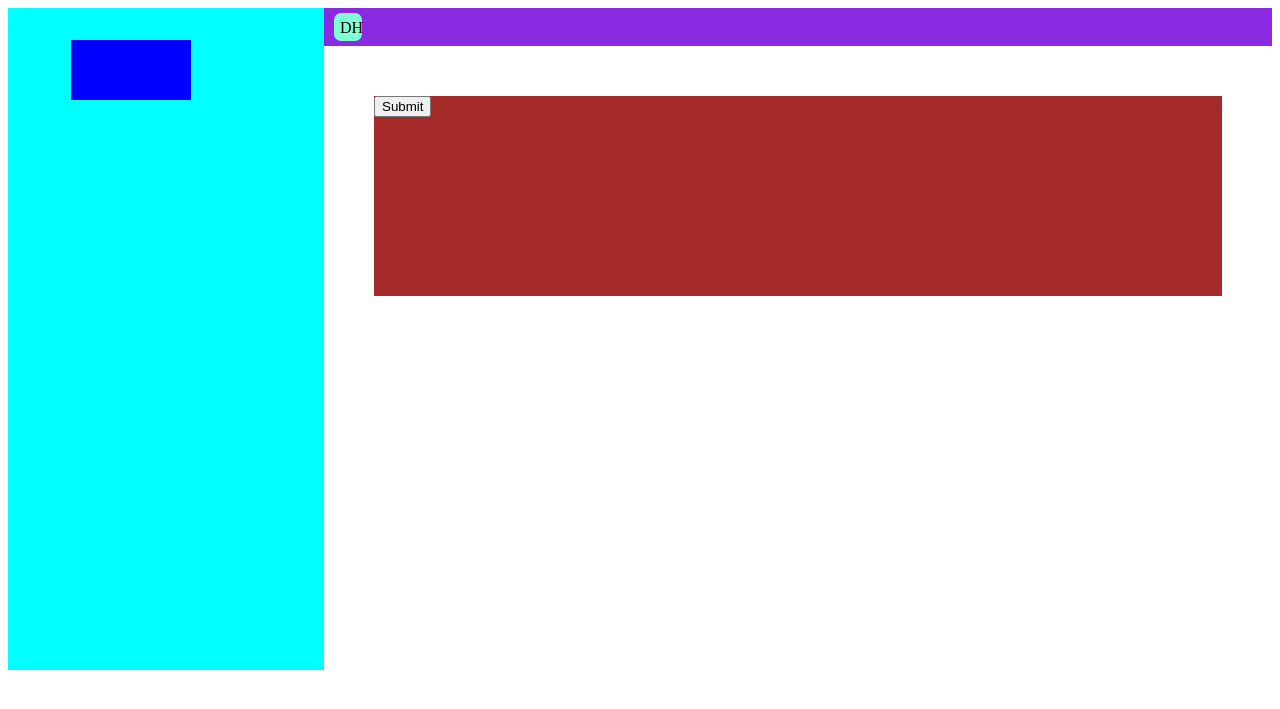
Repository: tr2cky/barrage
Page: index.html
These files come from the project's save history. The page is drawn as it stood at one moment and after a run of saves; the edit follows.
The browser window is 1280 px wide. The pictures show the whole page.

Above is the page before, as saved 2022-10-03 13:45:14.

### index.html
<!DOCTYPE html>
<html lang="en">

<head>
    <meta charset="UTF-8">
    <meta http-equiv="X-UA-Compatible" content="IE=edge">
    <meta name="viewport" content="width=device-width, initial-scale=1.0">
    <link rel="stylesheet" href="style.css">
    <title>Document</title>
</head>

<body>
    <div class="container">
        <div class="side">
            <div class="box1"></div>
        </div>

        <main>
            <div class="header">
                <div class="boxheader">DH</div>
            </div>
            <article>
                <div class="article-container">
                    <div class="search"></div>
                    <button>Submit</button>
                </div>
            </article>
        </main>
    </div>
</body>

</html>

### style.css
.container {
    display: grid;
    grid-template-columns: 1fr 3fr;
}
.side {
    background-color: aqua;
    height: 92vh;
}
.box1 {
    background-color: blue;
    width: 80px;
    height: 20px;
    padding: 20px;
    margin-top: 10%;
    margin-left: 20%;
}
main {
    background-color: white;
    display: flex;
    flex-direction: column;
}
.header {
    background-color: blueviolet;
}
.boxheader {
    background-color: aquamarine;
    padding: 6px;
    width: 1em;
    height: 1em;
    margin: 5px 10px;
    border-radius: 25%;
}
main article {
    background-color: brown;
    margin: 50px;
    height: 200px;
}

After the next 2 saves:
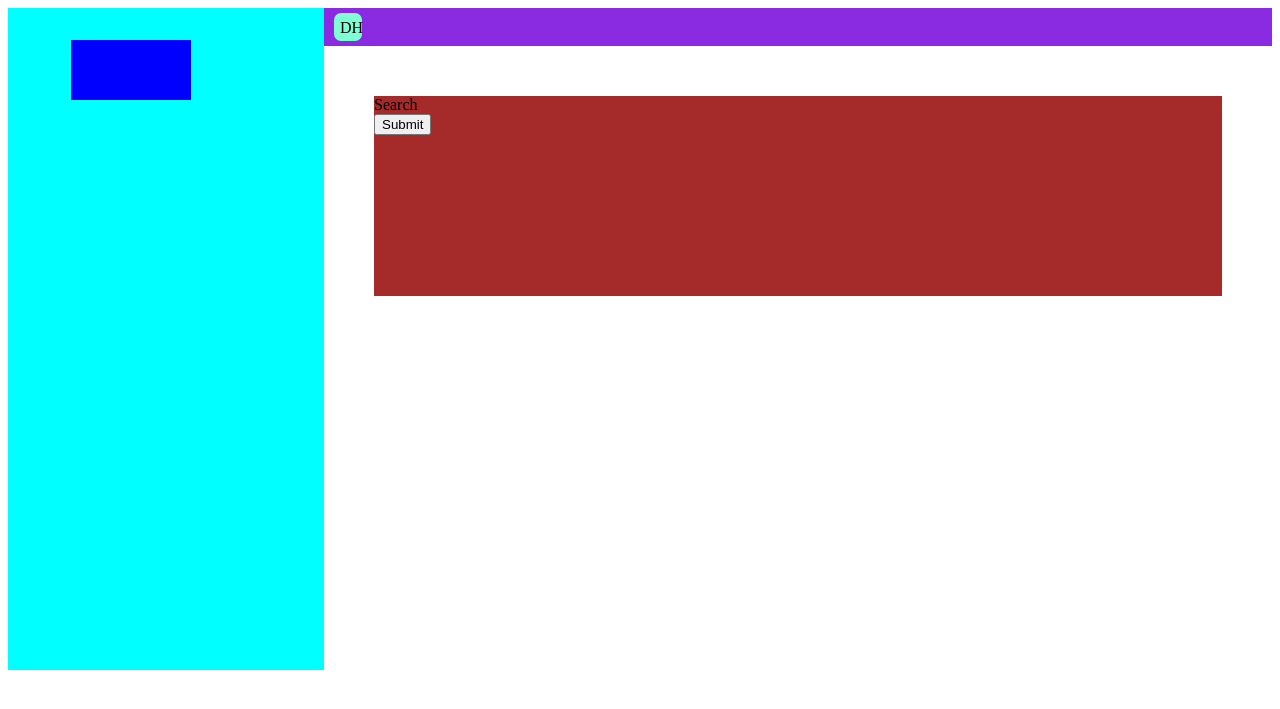
The 2 saves are shown as one change because they came seconds apart.
The last was saved 11 s later.
--- a/index.html
+++ b/index.html
@@ -21,7 +21,7 @@
             </div>
             <article>
                 <div class="article-container">
-                    <div class="search"></div>
+                    <div class="search">Search</div>
                     <button>Submit</button>
                 </div>
             </article>
